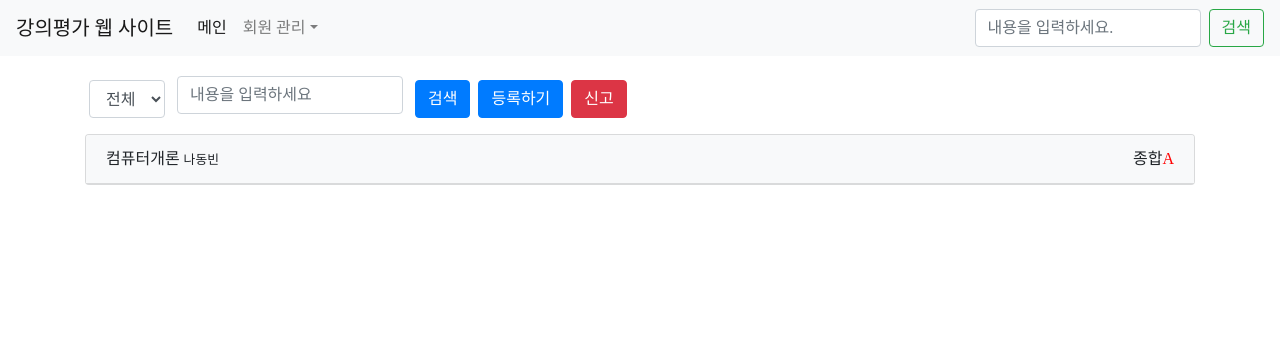
Repository: codelifee/Lecture-Evaluation-Project---java
Page: http://localhost/Lecture_Evaluation/
The author's editor kept a copy of each file at every save. The page is drawn from the files as they stood at one save, then again after the next save.
The browser window is 1280 px wide. The pictures show the whole page.
Some web fonts or font styles are not loaded; a fallback is used. The page is served by Tomcat 9.

Above is the page before, as saved 2020-08-23 02:29:59.

After the next save:
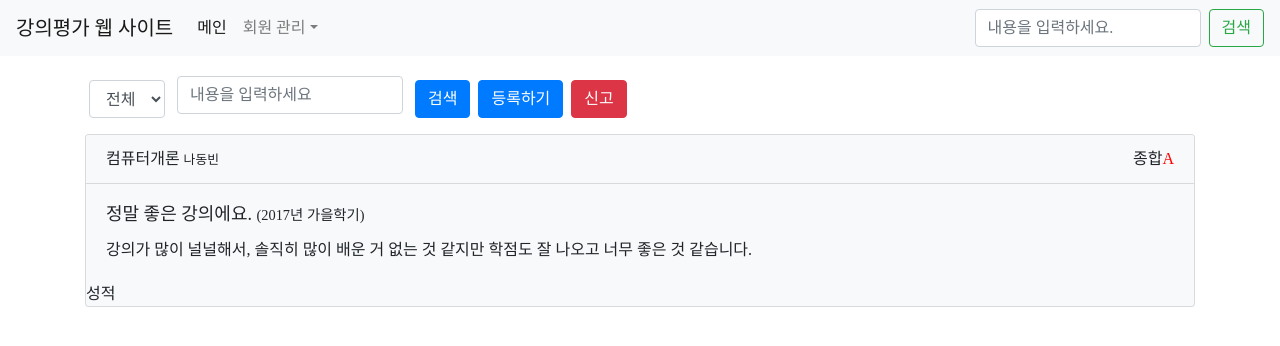
Saved 4 min 23 s later.
--- a/Lecture Evaluation/WebContent/index.jsp
+++ b/Lecture Evaluation/WebContent/index.jsp
@@ -59,6 +59,16 @@
 				</div>
 			</div>
 		</div>
+		<div class="card-body">
+			<h5 class="card-title">
+				정말 좋은 강의에요.&nbsp;<small>(2017년 가을학기)</small>
+			</h5>
+			<p class="card-text">강의가 많이 널널해서, 솔직히 많이 배운 거 없는 것 같지만 학점도 잘 나오고 너무 좋은 것 같습니다.</p>		</div>
+			<div class="row">
+					<div class="col-9 text-left">
+						성적<span style="color: red;">
+					</div>
+			</div>
 	</div>
 	</section>
 
